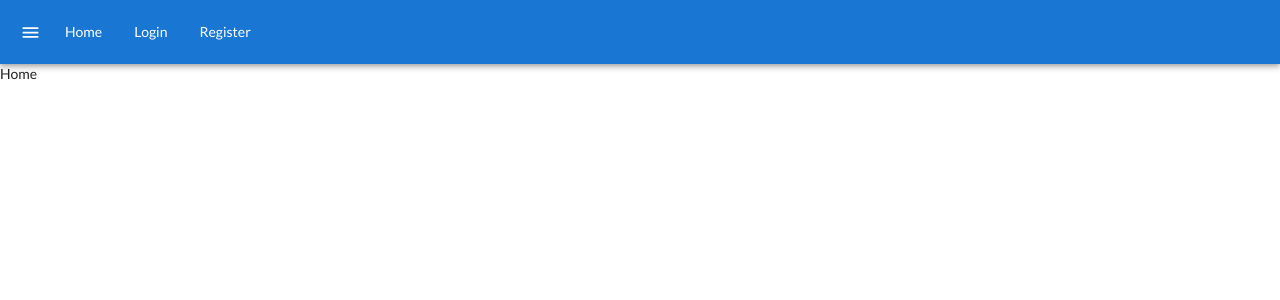
Repository: Novoselets28/graphql
Page: / (app in client/)
The author's editor kept a copy of each file at every save. The page is drawn from the files as they stood at one save, then again after the next save.
The browser window is 1280 px wide. The pictures show the whole page.
The project was rebuilt for these pictures with package versions that can differ from the ones it lists, and the page was loaded fresh each time. Also part of the build but not shown: client/src/App.css, client/src/components/pages/Login.js, client/src/components/pages/Register.js.

Above is the page before, as saved 2023-11-21 16:15:08.

### client/public/index.html
<!DOCTYPE html>
<html lang="en">
  <head>
    <meta charset="utf-8" />
    <link rel="icon" href="%PUBLIC_URL%/favicon.ico" />
    <meta name="viewport" content="width=device-width, initial-scale=1" />
    <meta name="theme-color" content="#000000" />
    <meta
      name="description"
      content="Web site created using create-react-app"
    />
    <link rel="apple-touch-icon" href="%PUBLIC_URL%/logo192.png" />
    <!--
      manifest.json provides metadata used when your web app is installed on a
      user's mobile device or desktop. See https://developers.google.com/web/fundamentals/web-app-manifest/
    -->
    <link rel="manifest" href="%PUBLIC_URL%/manifest.json" />
    <!--
      Notice the use of %PUBLIC_URL% in the tags above.
      It will be replaced with the URL of the `public` folder during the build.
      Only files inside the `public` folder can be referenced from the HTML.

      Unlike "/favicon.ico" or "favicon.ico", "%PUBLIC_URL%/favicon.ico" will
      work correctly both with client-side routing and a non-root public URL.
      Learn how to configure a non-root public URL by running `npm run build`.
    -->
    <title>Hi world</title>
  </head>
  <body>
    <noscript>You need to enable JavaScript to run this app.</noscript>
    <div id="root"></div>
    <!--
      This HTML file is a template.
      If you open it directly in the browser, you will see an empty page.

      You can add webfonts, meta tags, or analytics to this file.
      The build step will place the bundled scripts into the <body> tag.

      To begin the development, run `npm start` or `yarn start`.
      To create a production bundle, use `npm run build` or `yarn build`.
    -->
  </body>
</html>

### client/src/index.js
import React from 'react';
import ReactDOM from 'react-dom/client';
import ApolloProviderWrapper from './ApolloProvider';

const root = document.getElementById('root');
ReactDOM.createRoot(root).render(<ApolloProviderWrapper />);

### client/src/ApolloProvider.js
import React from "react";
import App from "./App";
import ApolloClient from "apollo-client";
import { InMemoryCache } from "apollo-cache-inmemory";
import { createHttpLink } from "apollo-link-http";
import { ApolloProvider } from "@apollo/react-hooks";

const httpLink = createHttpLink({
  uri: 'http://localhost:5000'
});

const client = new ApolloClient({
  link: httpLink,
  cache: new InMemoryCache()
});

const ApolloProviderWrapper = () => (
  <ApolloProvider client={client}>
    <App />
  </ApolloProvider>
);

export default ApolloProviderWrapper;

### client/src/App.js
import React from 'react';
import {BrowserRouter as Router, Route, Routes} from 'react-router-dom';

import 'semantic-ui-css/semantic.min.css'
import './App.css';
import Home from './components/pages/Home';
import Login from './components/pages/Login';
import Register from './components/pages/Register';
import MenuBar from './components/MenuBar';

function App() {
  return (
    <Router>
      <MenuBar/>
      <Routes>
        <Route exact path='/' element={<Home/>}/>
        <Route exact path='/login' element={<Login/>}/>
        <Route exact path='/register' element={<Register/>}/>
      </Routes>
    </Router>
  );
}

export default App;

### client/src/components/MenuBar.js
import React from 'react';
import AppBar from '@mui/material/AppBar';
import Toolbar from '@mui/material/Toolbar';
import IconButton from '@mui/material/IconButton';
import MenuIcon from '@mui/icons-material/Menu';
import { Link } from 'react-router-dom';

const Header = ({ backgroundColor, isSticky }) => {
  const appBarStyle = {
    backgroundColor,
    position: isSticky ? 'sticky' : 'static',
    top: 0
  };

  const linkStyle = {
    textDecoration: 'none',
    color: 'inherit'
  };

  const menuIconStyle = {
    color: 'white'
  };

  return (
    <AppBar position="static" style={appBarStyle}>
      <Toolbar>
        <IconButton edge="start" color="inherit" aria-label="menu">
          <MenuIcon style={menuIconStyle} />
        </IconButton>
        <ul style={{ listStyle: 'none', paddingLeft: 0, display: 'flex' }}>
          <li style={{ margin: '0 16px' }}>
            <Link to="/" style={{ ...linkStyle }}>
              Home
            </Link>
          </li>
          <li style={{ margin: '0 16px' }}>
            <Link to="/login" style={linkStyle}>
              Login
            </Link>
          </li>
          <li style={{ margin: '0 16px' }}>
            <Link to="/register" style={linkStyle}>
              Register
            </Link>
          </li>
        </ul>
      </Toolbar>
    </AppBar>
  );
};

export default Header;

Loaded but not shown: client/src/components/pages/Home.js (common file)

After the next save:
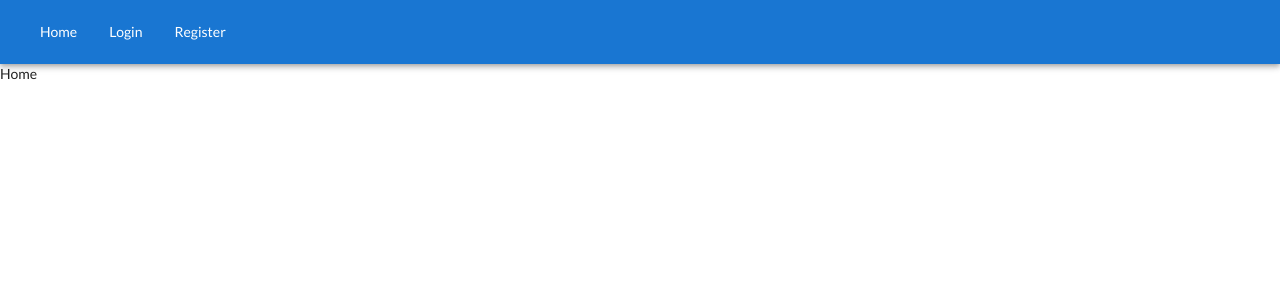
Saved 37 s later.
--- a/client/src/components/MenuBar.js
+++ b/client/src/components/MenuBar.js
@@ -17,16 +17,9 @@ const Header = ({ backgroundColor, isSticky }) => {
     color: 'inherit'
   };
 
-  const menuIconStyle = {
-    color: 'white'
-  };
-
   return (
     <AppBar position="static" style={appBarStyle}>
       <Toolbar>
-        <IconButton edge="start" color="inherit" aria-label="menu">
-          <MenuIcon style={menuIconStyle} />
-        </IconButton>
         <ul style={{ listStyle: 'none', paddingLeft: 0, display: 'flex' }}>
           <li style={{ margin: '0 16px' }}>
             <Link to="/" style={{ ...linkStyle }}>
